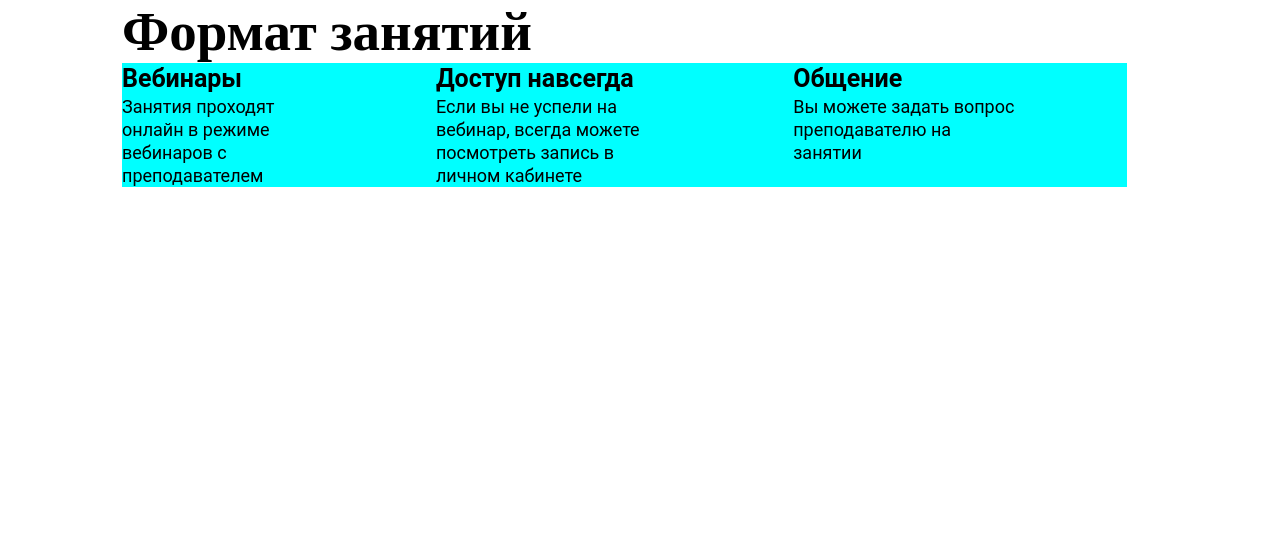
Repository: mirali879/previous-proj
Page: index.html
The author's editor kept a copy of each file at every save. The page is drawn from the files as they stood at one save, then again after the next save.
The browser window is 1280 px wide. The pictures show the whole page.

Above is the page before, as saved 2023-05-06 19:07:38.

### index.html
<!DOCTYPE html>
<html lang="en">
  <head>
    <meta charset="UTF-8" />
    <meta http-equiv="X-UA-Compatible" content="IE=edge" />
    <meta name="viewport" content="width=device-width, initial-scale=1.0" />
    <link rel="stylesheet" href="/style.css" />
    <title>Document</title>
  </head>
  <body>
    <div class="page-1">
      <h1>Формат занятий</h1>

      <div class="row">
        <div class="col col-1">
          <h3>Вебинары</h3>
          <span
            >Занятия проходят онлайн в режиме вебинаров с преподавателем</span
          >
        </div>
        <div class="col col-2">
          <h3>Доступ навсегда</h3>
          <span
            >Если вы не успели на вебинар, всегда можете посмотреть запись в
            личном кабинете</span
          >
        </div>
        <div class="col col-3">
          <h3>Общение</h3>
          <span>Вы можете задать вопрос преподавателю на занятии</span>
        </div>
      </div>
    </div>

    <!-- <div class="container">
      <h1>Что узнаем?</h1>

      <div class="row">
        <ul class="list">
          <li>Кто чем занят в съёмочной группе;</li>
          <li>На какие этапы делится кинопроизводство;</li>
          <li>
            Как выглядит сценарий фильма и как он меняется по ходу съёмок;
          </li>
          <li>
            Какими методами режиссёры заставляют нас смеяться, плакать и
            грустить;
          </li>
          <li>
            Как построение кадра, музыка и свет помогают считывать заложенные в
            фильм смыслы;
          </li>
          <li>
            Какие жанры есть в кино и как от них зависит работа операторов,
            осветителей и монтажёров;
          </li>
          <li>Как, зная всё это, понимать, о чем фильм.</li>
        </ul>
      </div>
    </div> -->

    <!-- <div class="container2">
        <h1>Программа курса</h1>
        <div class="box-row">
            <div class="box">
                <img src="/images/pic-1.png" alt="">
                <h3>1. Как создают кино</h3>
                <div class="div">
                    8 сентября 20:00 Данила Кузнецов
                </div>
            </div>

            <div class="box">
                <img src="/images/pic-1.png" alt="">
                <h3>1. Как создают кино</h3>
                <div class="div">
                    8 сентября 20:00 Данила Кузнецов
                </div>
            </div>

            <div class="box">
                <img src="/images/pic-1.png" alt="">
                <h3>1. Как создают кино</h3>
                <div class="div">
                    8 сентября 20:00 Данила Кузнецов
                </div>
            </div>

            <div class="box">
                <img src="/images/pic-1.png" alt="">
                <h3>1. Как создают кино</h3>
                <div class="div">
                    8 сентября 20:00 Данила Кузнецов
                </div>
            </div>

            <div class="box">
                <img src="/images/pic-1.png" alt="">
                <h3>1. Как создают кино</h3>
                <div class="div">
                    8 сентября 20:00 Данила Кузнецов
                </div>
            </div>

            <div class="box">
                <img src="/images/pic-1.png" alt="">
                <h3>1. Как создают кино</h3>
                <div class="div">
                    8 сентября 20:00 Данила Кузнецов
                </div>
            </div>

            <div class="box">
                <img src="/images/pic-1.png" alt="">
                <h3>1. Как создают кино</h3>
                <div class="div">
                    8 сентября 20:00 Данила Кузнецов
                </div>
            </div>

            <div class="box">
                <img src="/images/pic-1.png" alt="">
                <h3>1. Как создают кино</h3>
                <div class="div">
                    8 сентября 20:00 Данила Кузнецов
                </div>
            </div>
        </div>
    </div> -->
  </body>
</html>

### style.css
* {
  margin: 0;
  padding: 0;
}

.page-1 {
  padding: 0 153px 0 122px;
}

.page-1 h1 {
  font-family: Roboto Slab;
  font-size: 55px;
  font-weight: 700;
  text-align: left;
}

.row {
  background-color: aqua;
  display: flex;
}
.col {
  margin-right: 112px;
}
.col-1 {
  width: 223px;
}
.col-2 {
  width: 271px;
}
.col-3 {
  width: 245px;
}

.row .col h3 {
  font-family: Roboto;
  font-size: 25px;
  font-weight: 700;
  line-height: 32px;
  letter-spacing: 0em;
  text-align: left;
}

.col span {
  font-family: Roboto;
  font-size: 18px;
  font-weight: 400;
  line-height: 23px;
  letter-spacing: 0em;
  text-align: left;
}

.list{
    width: 666px;
}

.list li {
  font-family: Roboto;
  font-size: 24px;
  font-weight: 400;
  line-height: 36px;
  letter-spacing: 0em;
  text-align: left;
}


.container2{
    padding: 0 85px 0 85px;
}

.box-row{
    display: flex;
    background-color: aqua;
    width: 100%;
    flex-wrap: wrap;

}


.box-row .box{
    width: 399px;
}

After the next save:
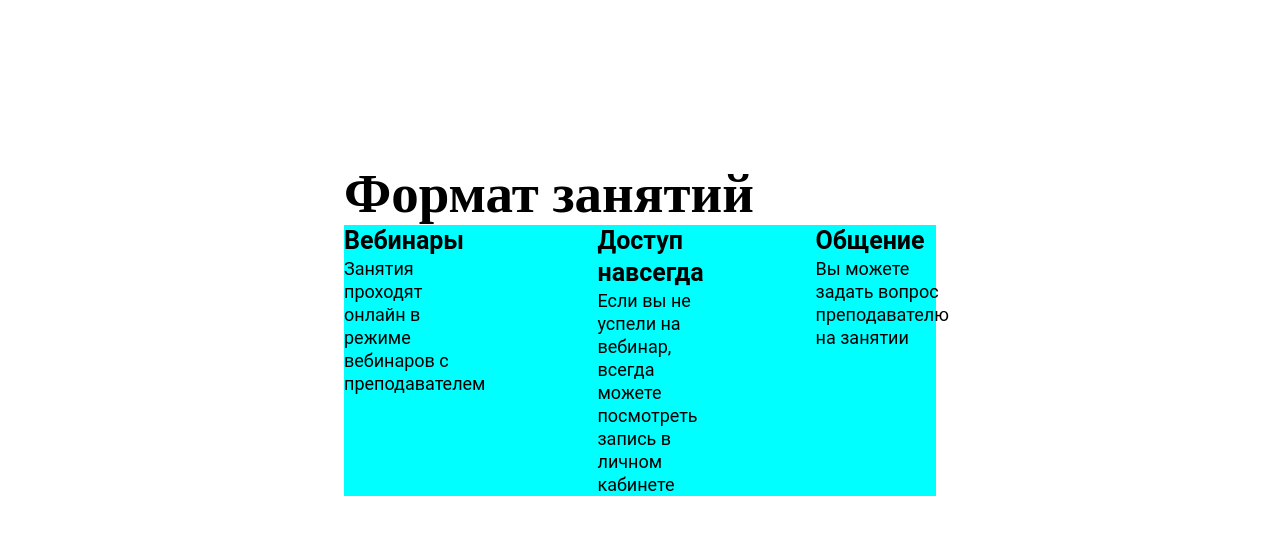
Saved 68 s later.
--- a/style.css
+++ b/style.css
@@ -4,7 +4,7 @@
 }
 
 .page-1 {
-  padding: 0 153px 0 122px;
+  padding: 162px 344px
 }
 
 .page-1 h1 {
